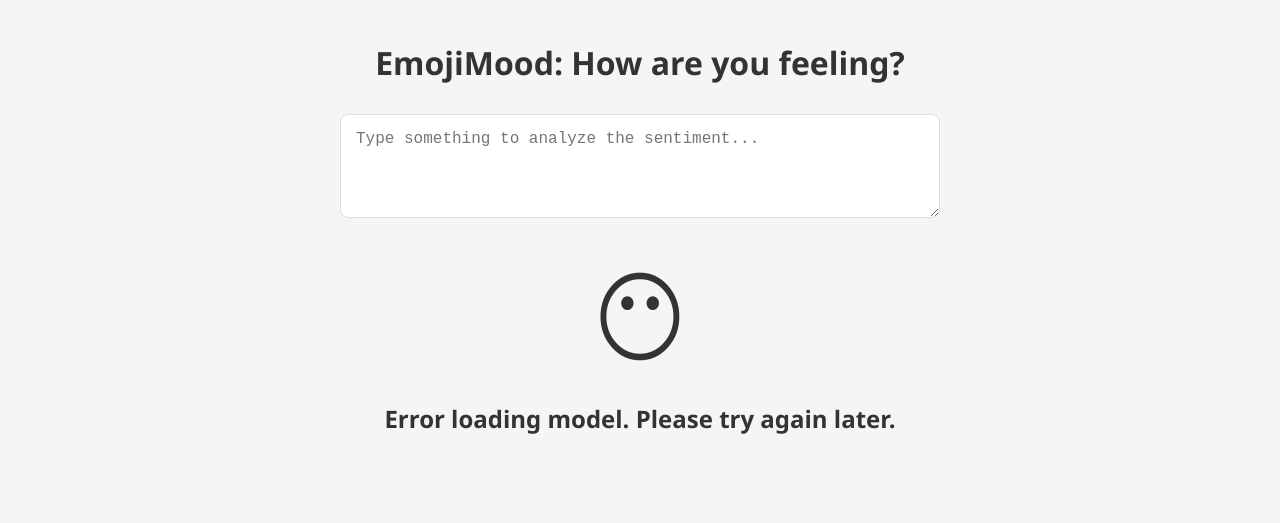
Repository: Teycir/emojiadder
Page: index.html
An editor plug-in stored every save of this project. The page is shown before and after the next save, followed by the edit.
The browser window is 1280 px wide. The pictures show the whole page.

Above is the page before, as saved 2025-03-22 12:38:13.

### index.html
<!DOCTYPE html>
<html lang="en">
<head>
    <meta charset="UTF-8">
    <meta name="viewport" content="width=device-width, initial-scale=1.0">
    <title>EmojiMood: Sentiment Tracker</title>
    <style>
        body {
            font-family: 'Segoe UI', Tahoma, Geneva, Verdana, sans-serif;
            max-width: 600px;
            margin: 0 auto;
            padding: 20px;
            background-color: #f5f5f5;
            color: #333;
        }
        h1 {
            text-align: center;
            margin-bottom: 30px;
        }
        textarea {
            width: 100%;
            padding: 15px;
            border: 1px solid #ddd;
            border-radius: 8px;
            font-size: 16px;
            box-sizing: border-box;
            margin-bottom: 20px;
            resize: vertical;
        }
        .result {
            text-align: center;
            min-height: 200px;
            display: flex;
            flex-direction: column;
            justify-content: center;
            align-items: center;
        }
        .emoji {
            font-size: 100px;
            margin-bottom: 20px;
            transition: all 0.3s ease;
        }
        .sentiment {
            font-size: 24px;
            font-weight: bold;
        }
        .confidence {
            font-size: 16px;
            color: #666;
            margin-top: 5px;
        }
        .loading {
            text-align: center;
            padding: 20px;
            font-style: italic;
            color: #666;
        }
    </style>
</head>
<body>
    <h1>EmojiMood: How are you feeling?</h1>

    <textarea id="input" rows="4" placeholder="Type something to analyze the sentiment..."></textarea>

    <div class="result">
        <div class="emoji" id="emoji">😶</div>
        <div class="sentiment" id="sentiment">Enter some text to get started</div>
        <div class="confidence" id="confidence"></div>
    </div>

    <div id="loading" class="loading" style="display: none;">
        Loading sentiment analysis model...
    </div>


    <script>
        // Elements
        const inputEl = document.getElementById('input');
        const emojiEl = document.getElementById('emoji');
        const sentimentEl = document.getElementById('sentiment');
        const confidenceEl = document.getElementById('confidence');
        const loadingEl = document.getElementById('loading');

        // Model initialization state
        let pipeline = null;
        let isModelLoading = false;

        // Sentiment to emoji mapping
        const sentimentEmojis = {
            POSITIVE: {
                high: '🤩', // Very positive (score >= 0.9)
                medium: '😄', // Moderately positive (score >= 0.75)
                low: '🙂', // Slightly positive (rest)
            },
            NEGATIVE: {
                high: '😭', // Very negative (score >= 0.9)
                medium: '😔', // Moderately negative (score >= 0.75)
                low: '😕', // Slightly negative (rest)
            }
        };

        // Load the sentiment analysis model
        async function loadModel() {
            if (pipeline !== null || isModelLoading) return;

            isModelLoading = true;
            loadingEl.style.display = 'block';

            try {
                // First import TensorFlow.js to ensure backend registration
                await import('https://cdn.jsdelivr.net/npm/@tensorflow/tfjs@4.2.0/+esm');

                // Then import the pipeline function from transformers
                const { pipeline: transformersPipeline } = await import('https://cdn.jsdelivr.net/npm/@xenova/transformers@2.6.0/+esm');

                // Create the sentiment analysis pipeline
                pipeline = await transformersPipeline(
                    'sentiment-analysis',
                    'Xenova/distilbert-base-uncased-finetuned-sst-2-english'
                );

                // Model loaded successfully
                loadingEl.style.display = 'none';

                // Analyze any text that might have been entered during loading
                if (inputEl.value.trim() !== '') {
                    analyzeSentiment(inputEl.value);
                }
            } catch (error) {
                console.error('Error loading model:', error);
                sentimentEl.textContent = 'Error loading model. Please try again later.';
                loadingEl.style.display = 'none';
            }

            isModelLoading = false;
        }

        // Analyze text sentiment
        async function analyzeSentiment(text) {
            if (!pipeline) {
                await loadModel();
                return;
            }

            if (text.trim() === '') {
                emojiEl.textContent = '😶';
                sentimentEl.textContent = 'Enter some text to get started';
                confidenceEl.textContent = '';
                return;
            }

            try {
                const result = await pipeline(text);
                const sentiment = result[0];

                // Update the emoji based on sentiment and score
                const score = sentiment.score;
                let emojiCategory;

                if (score >= 0.9) {
                    emojiCategory = 'high';
                } else if (score >= 0.75) {
                    emojiCategory = 'medium';
                } else {
                    emojiCategory = 'low';
                }

                emojiEl.textContent = sentimentEmojis[sentiment.label][emojiCategory];
                sentimentEl.textContent = sentiment.label;
                confidenceEl.textContent = `Confidence: ${Math.round(score * 100)}%`;
            } catch (error) {
                console.error('Error analyzing sentiment:', error);
                emojiEl.textContent = '🤔';
                sentimentEl.textContent = 'Error analyzing text';
                confidenceEl.textContent = '';
            }
        }

        // Initialize the page
        window.addEventListener('DOMContentLoaded', () => {
            // Start loading the model when page loads
            loadModel();

            // Add event listener for text input
            let debounceTimeout;
            inputEl.addEventListener('input', (e) => {
                clearTimeout(debounceTimeout);
                debounceTimeout = setTimeout(() => {
                    analyzeSentiment(e.target.value);
                }, 300); // Debounce to prevent too many requests
            });
        });
    </script>
</body>
</html>

After the next save:
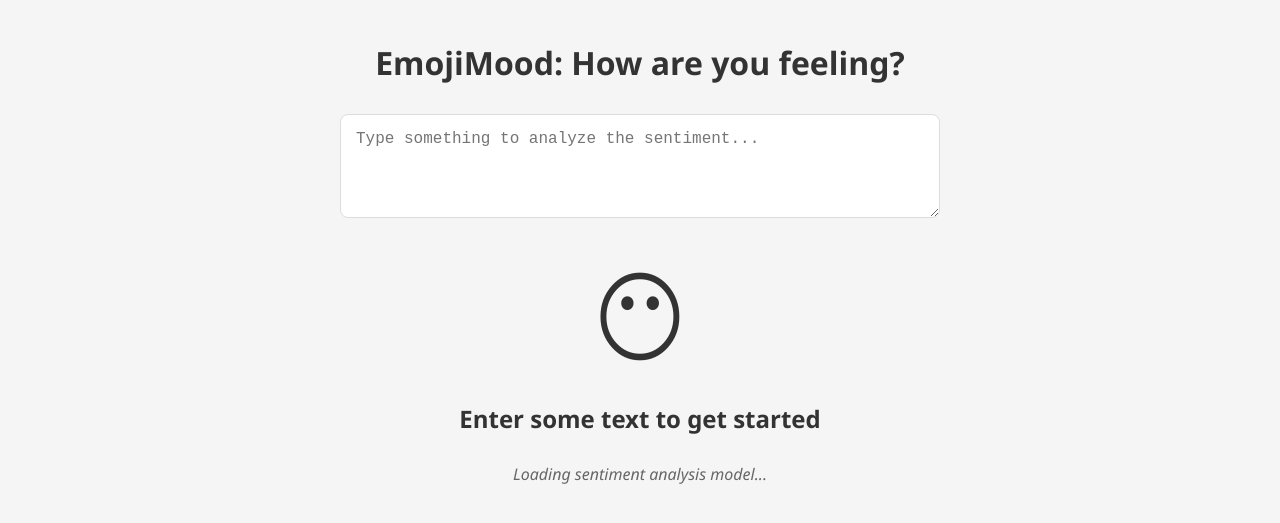
Saved 30 s later.
--- a/index.html
+++ b/index.html
@@ -107,8 +107,13 @@
             loadingEl.style.display = 'block';
 
             try {
-                // First import TensorFlow.js to ensure backend registration
-                await import('https://cdn.jsdelivr.net/npm/@tensorflow/tfjs@4.2.0/+esm');
+                // Load TensorFlow.js with a regular script tag approach
+                await new Promise((resolve) => {
+                    const script = document.createElement('script');
+                    script.src = 'https://cdn.jsdelivr.net/npm/@tensorflow/tfjs@4.2.0/dist/tf.min.js';
+                    script.onload = resolve;
+                    document.head.appendChild(script);
+                });
 
                 // Then import the pipeline function from transformers
                 const { pipeline: transformersPipeline } = await import('https://cdn.jsdelivr.net/npm/@xenova/transformers@2.6.0/+esm');
